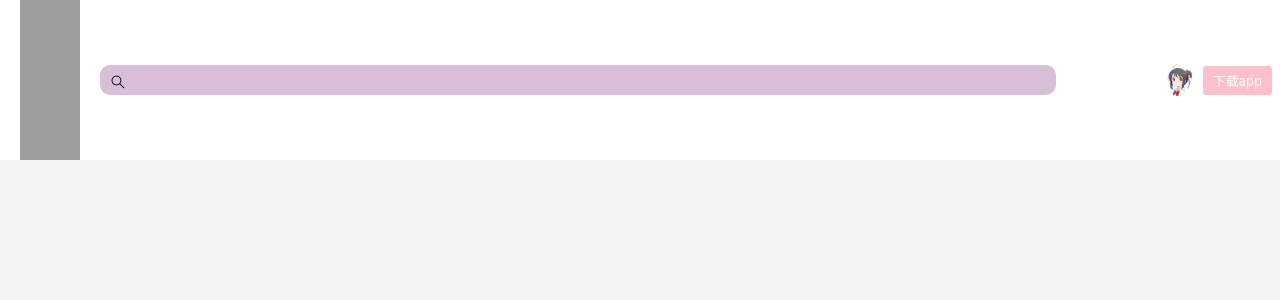
Repository: caiys666/bilibili
Page: /#/userinfo
The author's editor kept a copy of each file at every save. The page is drawn from the files as they stood at one save, then again after the next save.
The browser window is 1280 px wide. The pictures show the whole page.
Pictures or frames that could not be fetched are drawn as grey boxes. The project was rebuilt for these pictures with package versions that can differ from the ones it lists, and the page was loaded fresh each time. Also part of the build but not shown: vue.config.js, src/components/HelloWorld.vue, src/views/Home.vue.

Above is the page before, as saved 2020-10-01 21:31:31.

After the next save:
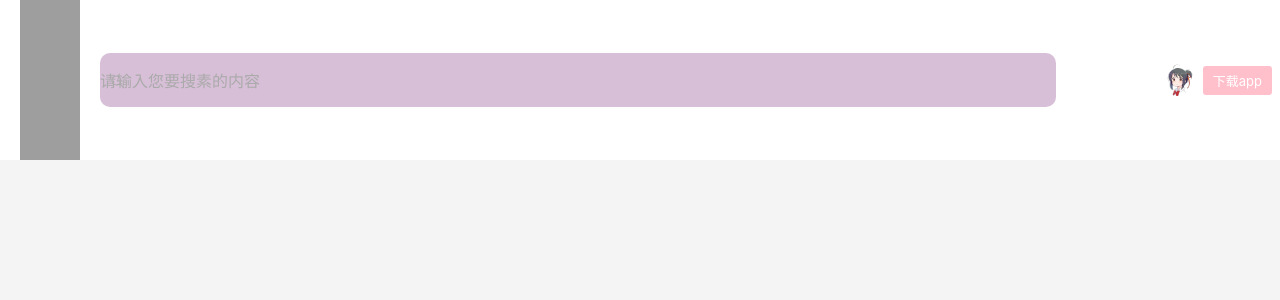
Saved 48 s later.
--- a/src/components/commn/Navbar.vue
+++ b/src/components/commn/Navbar.vue
@@ -5,6 +5,7 @@
         </div>
         <div>
             <p>
+                请输入您要搜素的内容
                 <van-icon class="ipt-icon" name="search" />
             </p>
         </div>
@@ -36,11 +37,13 @@
             padding: 15px 0px;
             width: 90%;
             border-radius: 10px;
+            color: #aaa;
             .ipt-icon{
                 position: absolute;
                 left: 10px;
                 top: 50%;
                 transform:  translate(0,-40%);
+                color: #aaa;
             }
         }
     }
